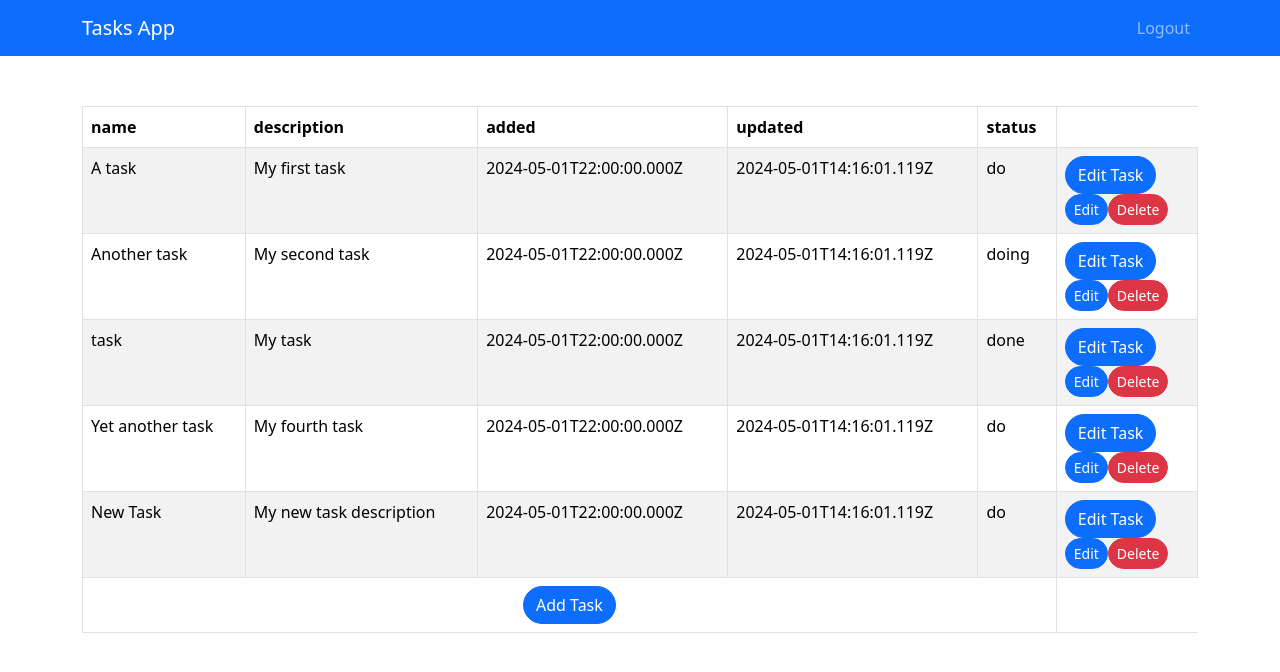
Repository: trider/react-task-manager
Page: /#/tasks
An editor plug-in stored every save of this project. The page is shown before and after the next save, followed by the edit.
The browser window is 1280 px wide. The pictures show the whole page.
The project was rebuilt for these pictures with package versions that can differ from the ones it lists, and the page was loaded fresh each time. Also part of the build but not shown: src/App.css, src/data/_Users.js, src/pages/Login.js.

Above is the page before, as saved 2024-05-06 15:29:07.

After the next save:
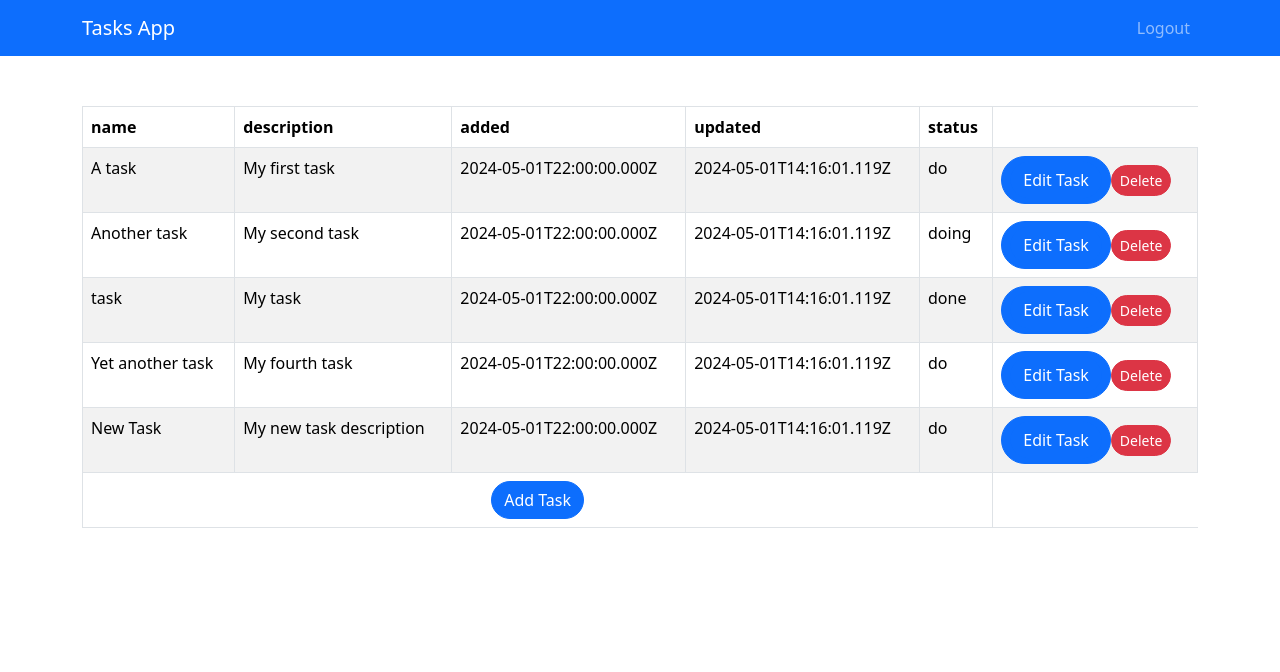
Saved 19 s later.
--- a/src/pages/Task.js
+++ b/src/pages/Task.js
@@ -27,9 +27,9 @@ const TaskTable = () => {
               <td key={col}>{task[col]}</td>
             ))}
             <td>
-            <ModalComponent title={'Edit Task'}/>
+
             <Button  variant="primary rounded-pill" size='sm'>
-              Edit
+              <ModalComponent title={'Edit Task'}/>
             </Button>
             <Button  variant="danger rounded-pill" size='sm' >
             Delete
